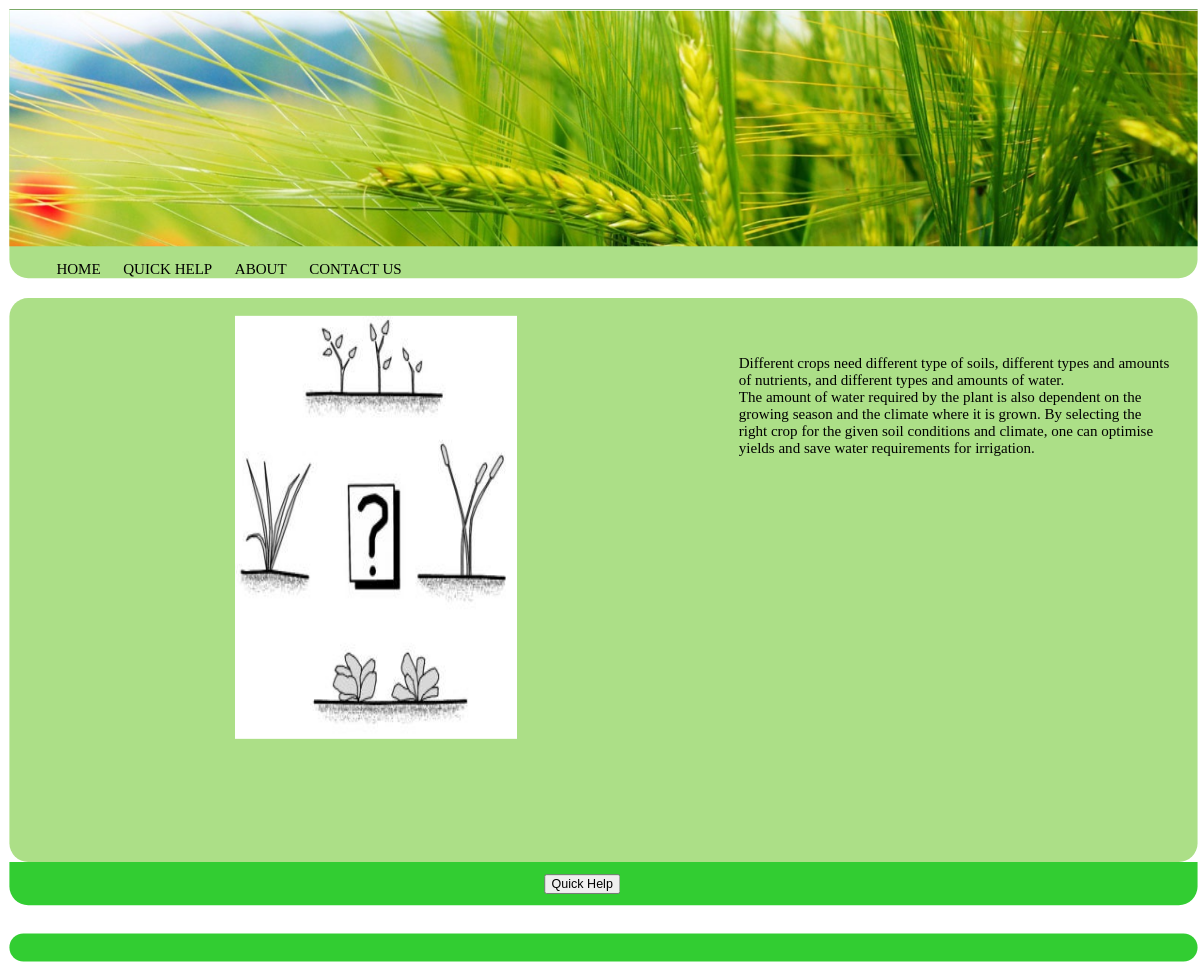
Repository: shivamtyagi1234/FarmoFriend
Page: http://localhost/FarmoFriend/
These files come from the project's save history. The page is drawn as it stood at one moment and after the next save; the edit follows.
The browser window is 1280 px wide. The pictures show the whole page, at 94% of full size.
The page is served by Tomcat 9.

Above is the page before, as saved 2019-11-03 07:13:29.

After the next save:
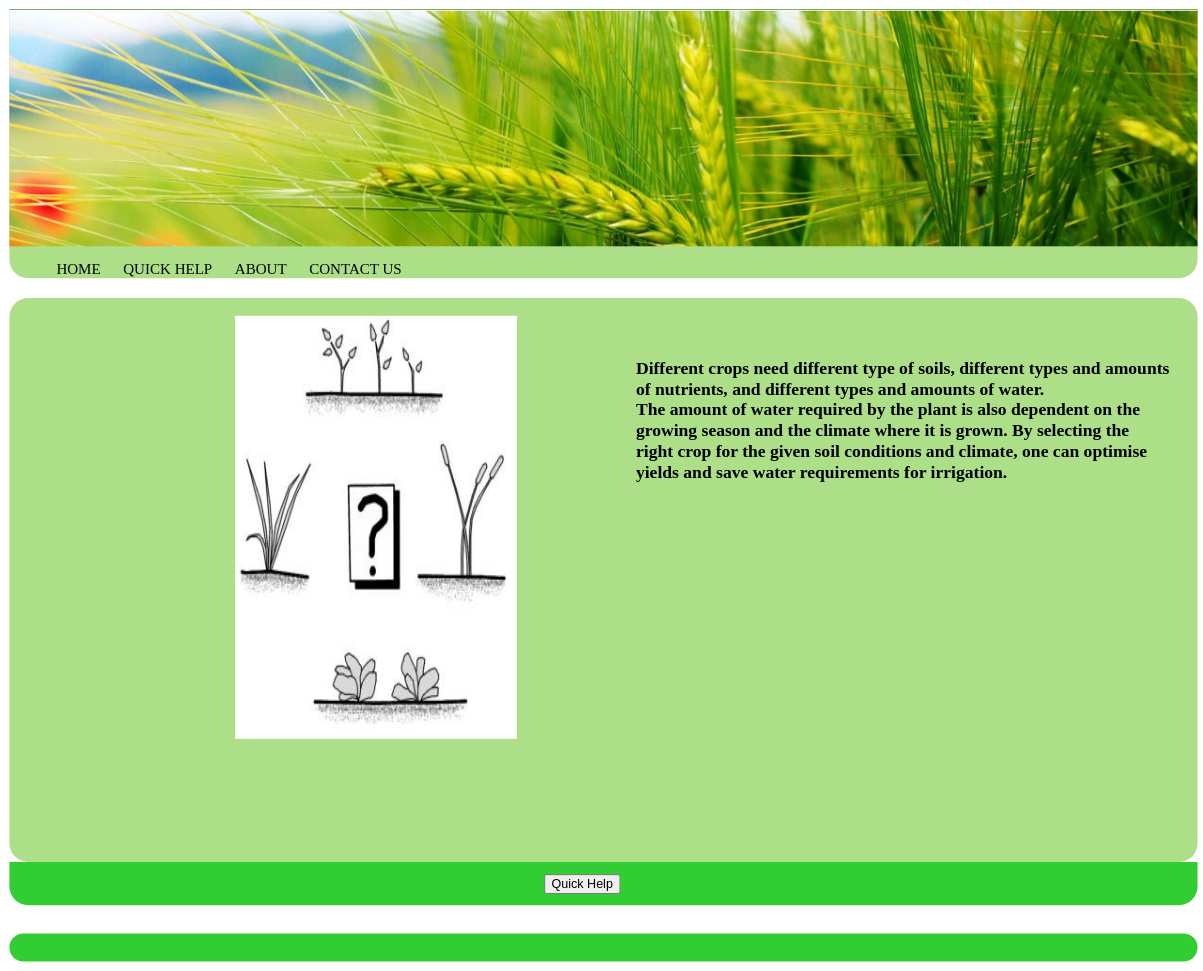
Saved 30 s later.
--- a/FarmoFriend/WebContent/home.jsp
+++ b/FarmoFriend/WebContent/home.jsp
@@ -77,12 +77,12 @@ height:30px;
 <div id="homeBody">
 	<div style="float: left; width: 50%"><img alt="home1" src="images\crop selection.jpg" ></div>
 	<div style="float: right; text-align: left; text-decoration: blink; padding-right:30px; padding-top: 45px";>
-	<p>Different crops need different type of soils, different types and amounts
+	<p><h3>Different crops need different type of soils, different types and amounts
 	<br>of nutrients, and different types and amounts of water.
 	<br> The amount of water required by the plant is also dependent on the
 	<br>growing season and the climate where it is grown. By selecting the
 	<br>right crop for the given soil conditions and climate, one can optimise
-	<br> yields and save water requirements for irrigation.<br></p>
+	<br> yields and save water requirements for irrigation.<br></h3></p>
 	</div>
 
 
